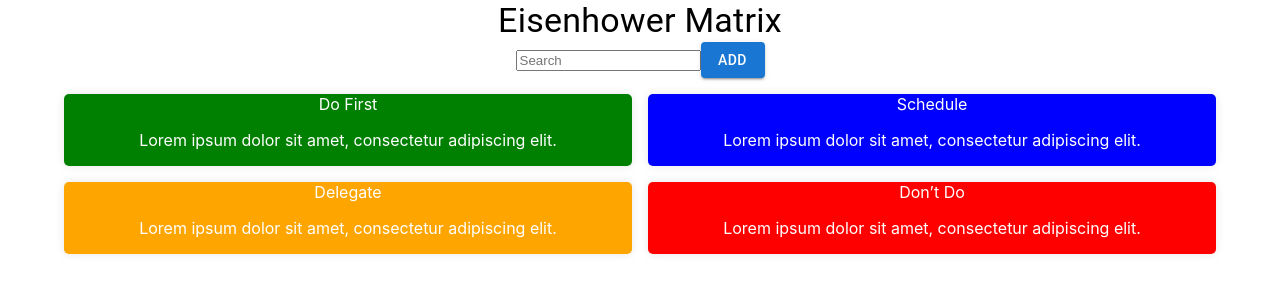
Repository: GokulDev4U/Krixi_react_assignment
Page: /
The author's editor kept a copy of each file at every save. The page is drawn from the files as they stood at one save, then again after a run of saves.
The browser window is 1280 px wide. The pictures show the whole page.
The project was rebuilt for these pictures with package versions that can differ from the ones it lists, and the page was loaded fresh each time.

Above is the page before, as saved 2022-04-04 13:30:16.

After the next 4 saves:
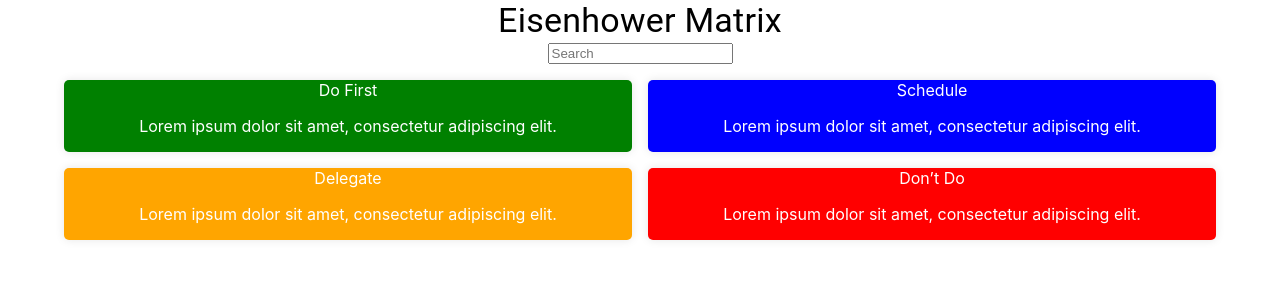
The 4 saves are shown as one change because 3 did not build or start.
The last was saved 3 min 29 s later.
--- a/src/App.js
+++ b/src/App.js
@@ -4,7 +4,7 @@ import { Container, Grid, Button, Typography } from "@mui/material";
 import Card from "./Components/card/Card";
 import "./App.css";
 import { useDispatch, useSelector } from "react-redux";
-import { selectTodo } from "./features/todo/todoSlice";
+import { add, remove, edit, selectTodo } from "./features/todo/todoSlice";
 
 function App() {
   const todos = useSelector(selectTodo);
@@ -22,10 +22,13 @@ function App() {
               placeholder="Search"
               onChange={(e) => setTodo(e.target.value)}
             />
-            {/* onClick={} */}
-            <Button variant="contained" color="primary">
+            {/* <Button
+              variant="contained"
+              color="primary"
+              onClick={dispatch(add(todo))}
+            >
               Add
-            </Button>
+            </Button> */}
           </Grid>
           <Grid item xs={6}>
             <Card color="green" title="Do First" />
